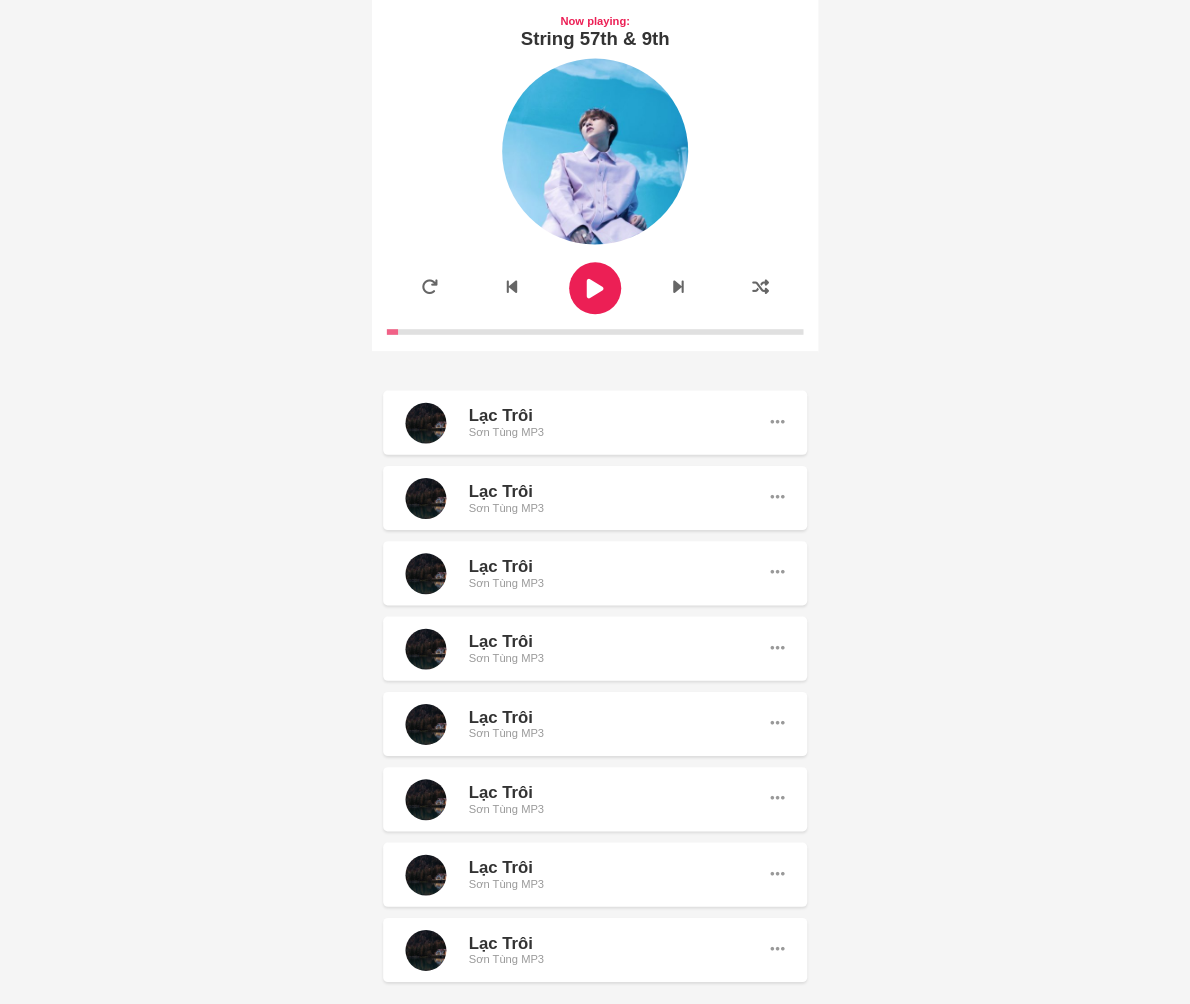
Repository: projectadmim/MyApp
Page: main.html
These files come from the project's save history. The page is drawn as it stood at one moment and after a run of saves; the edit follows.
The browser window is 1280 px wide. The pictures show the whole page, at 93% of full size.

Above is the page before, as saved 2023-10-11 20:23:15.

### main.html
<!DOCTYPE html>
<html lang="en">
<head>
    <meta charset="UTF-8">
    <meta name="viewport" content="width=device-width, initial-scale=1.0">
    <title>Zing_MP3</title>
    <link rel="stylesheet" href="./assets/css/style.css">
    <link rel="stylesheet" href="./assets/icon/fontawesome-free-6.4.2/css/all.css">
</head>
<body>
  <div class="player">
    <!-- Dashboard -->
    <div class="dashboard">
      <!-- Header -->
      <header>
        <h4>Now playing:</h4>
        <h2>String 57th & 9th</h2>
      </header>

      <!-- CD -->
      <div class="cd">
        <div class="cd-thumb" style="background-image: url('./assets/img/cd/cd.jpg');">

        </div>
      </div>

      <!-- Control -->
      <div class="control">
        <div class="btn btn-repeat">
          <i class="fas fa-redo"></i>
        </div>
        <div class="btn btn-prev">
          <i class="fas fa-step-backward"></i>
        </div>
        <div class="btn btn-toggle-play">
          <i class="fas fa-pause icon-pause"></i>
          <i class="fas fa-play icon-play"></i>
        </div>
        <div class="btn btn-next">
          <i class="fas fa-step-forward"></i>
        </div>
        <div class="btn btn-random">
          <i class="fas fa-random"></i>
        </div>
      </div>

      <input id="progress" class="progress" type="range" value="0" step="1" min="0" max="100">

      <audio id="audio" src=""></audio>
    </div>

    <!-- Playlist -->
    <div class="playlist">
    </div>
  </div>
    <script src="./text.js"></script>
</body>
</html>

### assets/css/style.css
:root {
  --primary-color: #ec1f55;
  --text-color: #333;
}

* {
  padding: 0;
  margin: 0;
  box-sizing: inherit;
}

body {
  background-color: #f5f5f5;
}

html {
  box-sizing: border-box;
  font-family: "Poppins", sans-serif;
}

.player {
  position: relative;
  max-width: 480px;
  margin: 0 auto;
}

.player .icon-pause {
  display: none;
}

.player.playing .icon-pause {
  display: inline-block;
}

.player.playing .icon-play {
  display: none;
}

.dashboard {
  padding: 16px 16px 14px;
  background-color: #fff;
  position: fixed;
  top: 0;
  width: 100%;
  max-width: 480px;
  border-bottom: 1px solid #ebebeb;
}

/* HEADER */
header {
  text-align: center;
  margin-bottom: 10px;
}

header h4 {
  color: var(--primary-color);
  font-size: 12px;
}

header h2 {
  color: var(--text-color);
  font-size: 20px;
}

/* CD */
.cd {
  display: flex;
  margin: auto;
  width: 200px;
}

.cd-thumb {
  width: 100%;
  padding-top: 100%;
  border-radius: 50%;
  background-color: #333;
  background-size: cover;
  margin: auto;
}

/* CONTROL */
.control {
  display: flex;
  align-items: center;
  justify-content: space-around;
  padding: 18px 0 8px 0;
}

.control .btn {
  color: #666;
  padding: 18px;
  font-size: 18px;
}

.control .btn.active {
  color: var(--primary-color);
}

.control .btn-toggle-play {
  width: 56px;
  height: 56px;
  border-radius: 50%;
  font-size: 24px;
  color: #fff;
  display: flex;
  align-items: center;
  justify-content: center;
  background-color: var(--primary-color);
}

.progress {
  width: 100%;
  -webkit-appearance: none;
  height: 6px;
  background: #d3d3d3;
  outline: none;
  opacity: 0.7;
  -webkit-transition: 0.2s;
  transition: opacity 0.2s;
}

.progress::-webkit-slider-thumb {
  -webkit-appearance: none;
  appearance: none;
  width: 12px;
  height: 6px;
  background-color: var(--primary-color);
  cursor: pointer;
}

/* PLAYLIST */
.playlist {
  margin-top: 408px;
  padding: 12px;
}

.song {
  display: flex;
  align-items: center;
  margin-bottom: 12px;
  background-color: #fff;
  padding: 8px 16px;
  border-radius: 5px;
  box-shadow: 0 2px 3px rgba(0, 0, 0, 0.1);
}

.song.active {
  background-color: var(--primary-color);
}

.song:active {
  opacity: 0.8;
}

.song.active .option,
.song.active .author,
.song.active .title {
  color: #fff;
}

.song .thumb {
  width: 44px;
  height: 44px;
  border-radius: 50%;
  background-size: cover;
  margin: 0 8px;
}

.song .body {
  flex: 1;
  padding: 0 16px;
}

.song .title {
  font-size: 18px;
  color: var(--text-color);
}

.song .author {
  font-size: 12px;
  color: #999;
}

.song .option {
  padding: 16px 8px;
  color: #999;
  font-size: 18px;
}

### text.js
const $=document.querySelector.bind(document);
const $$=document.querySelectorAll.bind(document);
const playlist=$(".playlist");
const app={
  currenindex:0,
     songs :[
        {
            name:"Lạc Trôi",
            singger:"Sơn Tùng MP3",
            path:"./assets/music/song1-Anh.mp3",
            image:'./assets/img/backimg.jpg'
        },
        {
            name:"Lạc Trôi",
            singger:"Sơn Tùng MP3",
            path:"./assets/music/song1-Anh.mp3",
            image:'./assets/img/backimg.jpg'
        },
        {
            name:"Lạc Trôi",
            singger:"Sơn Tùng MP3",
            path:"./assets/music/song1-Anh.mp3",
            image:'./assets/img/backimg.jpg'
        },
        {
          name:"Lạc Trôi",
          singger:"Sơn Tùng MP3",
          path:"./assets/music/song1-Anh.mp3",
          image:'./assets/img/backimg.jpg'
      },
      {
        name:"Lạc Trôi",
        singger:"Sơn Tùng MP3",
        path:"./assets/music/song1-Anh.mp3",
        image:'./assets/img/backimg.jpg'
    }
    ,
      {
        name:"Lạc Trôi",
        singger:"Sơn Tùng MP3",
        path:"./assets/music/song1-Anh.mp3",
        image:'./assets/img/backimg.jpg'
    }
    ,
      {
        name:"Lạc Trôi",
        singger:"Sơn Tùng MP3",
        path:"./assets/music/song1-Anh.mp3",
        image:'./assets/img/backimg.jpg'
    },
    {
      name:"Lạc Trôi",
      singger:"Sơn Tùng MP3",
      path:"./assets/music/song1-Anh.mp3",
      image:'./assets/img/backimg.jpg'
  }
     ],
     //render song
     render:function(){
        const htmls=this.songs.map(function(song){
            return `
            <div class="song">
              <div class="thumb" style="background-image: url('${song.image}')">
              </div>
              <div class="body">
                <h3 class="title">${song.name}</h3>
                <p class="author">${song.singger}</p>
              </div>
              <div class="option">
                <i class="fas fa-ellipsis-h"></i>
              </div>
            </div>
            `
        })
        // $('.playlist').innerHTML=htmls.join('');
        playlist.innerHTML=htmls.join('');
     },
     defineProperty:function(){
      Object.defineProperty(this,'crrentSongs',{
        get:function(){
          return this.songs[this.currenindex]
        }
      })
     },

     //xử lí sự kiện trong app zing
     handleEvent:function(){
      //scroll
      const cd=$('.cd')
      const cdWidth = cd.offsetWidth;
      document.onscroll = function () {
        const scrollTop = window.scrollY || document.documentElement.scrollTop;
        const newCdWidth = cdWidth - scrollTop;

        cd.style.width = newCdWidth > 0 ? newCdWidth + "px" : 0;
        cd.style.opacity = newCdWidth / cdWidth;
     }},
     loadcrrentSongs:function(){
      const heading=$('header h2');
      const cdthumb=$('.cd-thumb');
      const audio=$('#audio');
      console.log(heading,cdthumb,audio);
      heading.textco
     },
     stars:function(){
      //định nghĩa  các thuộc tihs trong oject
      this.defineProperty()
      //dom event
      this.handleEvent();
      //load bai dau tien
      this.loadcrrentSongs()
      //render playlist
        this.render();
     }
}
app.stars();

Loaded but not shown: assets/icon/fontawesome-free-6.4.2/css/all.css (library)

After the next 2 saves:
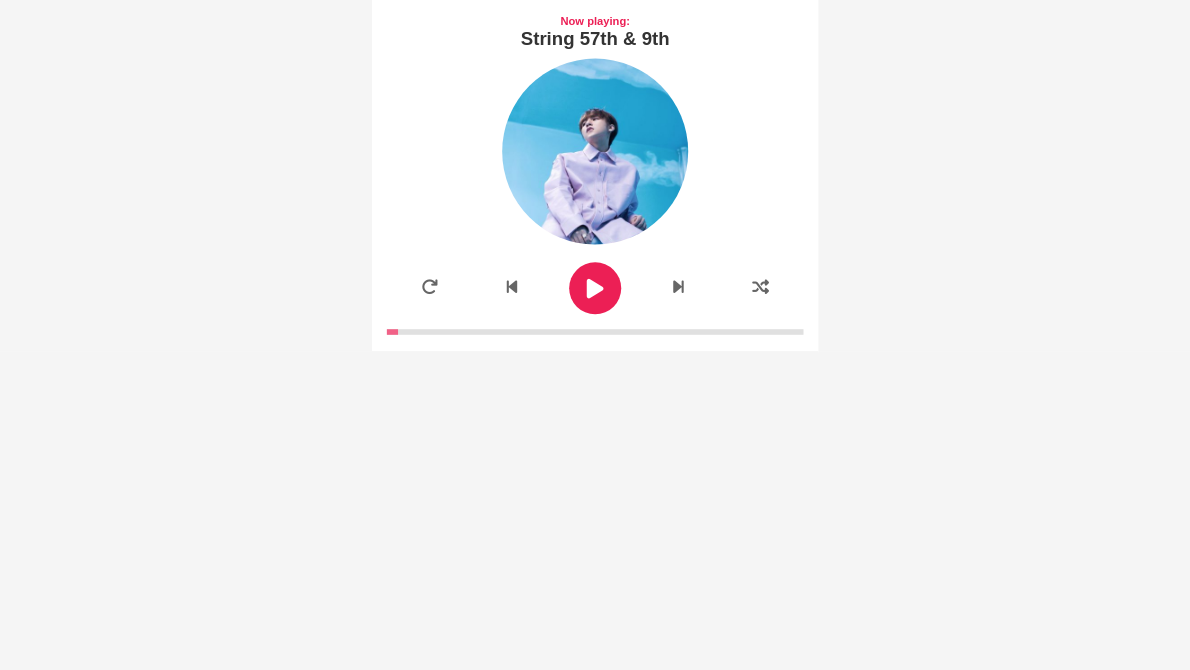
Console error: SyntaxError: Unexpected token '}'
The 2 saves are shown as one change because they came seconds apart.
The last was saved 7 s later.
--- a/text.js
+++ b/text.js
@@ -100,7 +100,7 @@
       const cdthumb=$('.cd-thumb');
       const audio=$('#audio');
       console.log(heading,cdthumb,audio);
-      heading.textco
+      heading.textconten=
      },
      stars:function(){
       //định nghĩa  các thuộc tihs trong oject

After the 5 saves that followed:
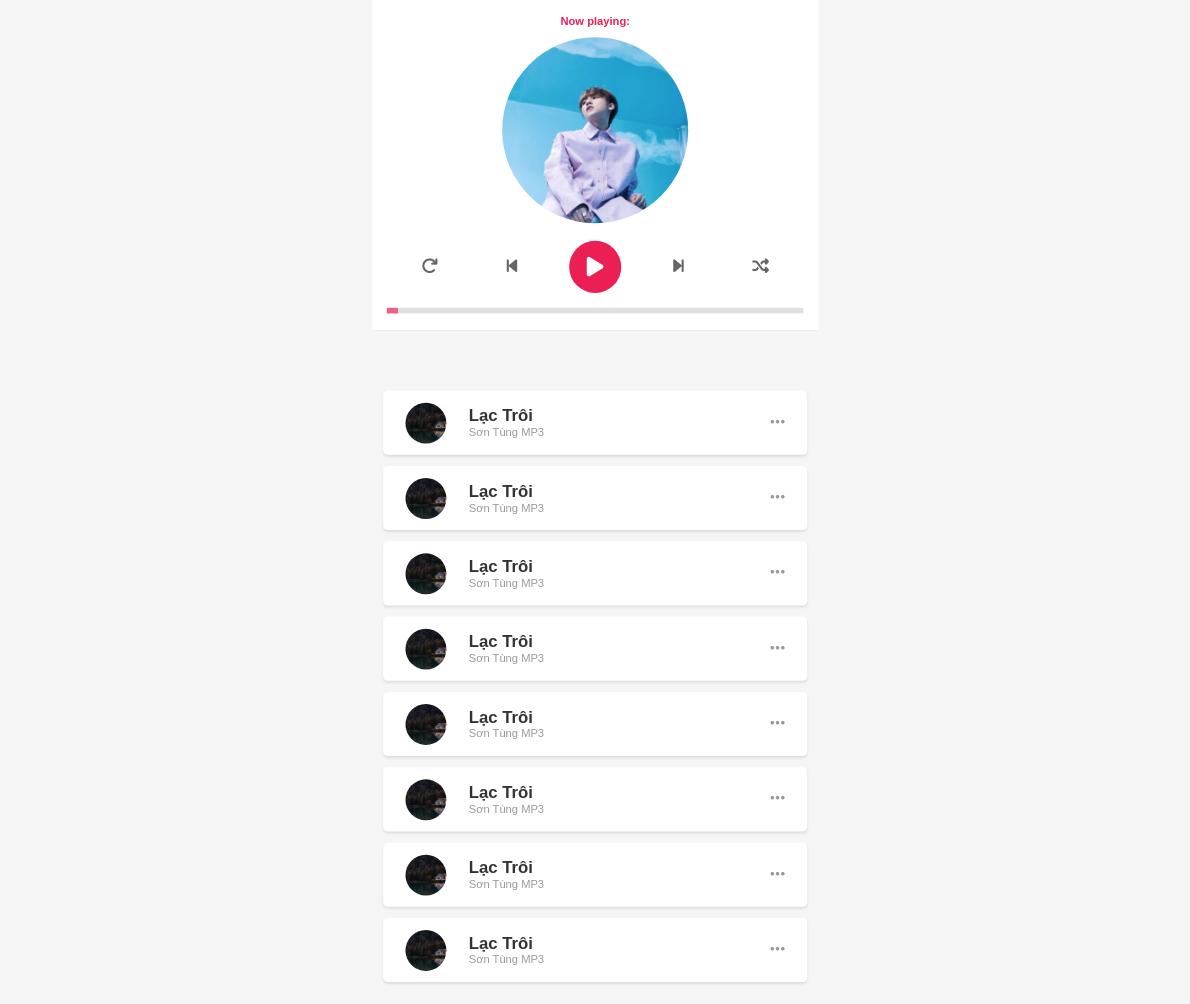
The error is gone.
The 5 saves are shown as one change because 1 left the picture as it was and some came seconds apart.
The last was saved 23 s later.
--- a/text.js
+++ b/text.js
@@ -100,7 +100,7 @@
       const cdthumb=$('.cd-thumb');
       const audio=$('#audio');
       console.log(heading,cdthumb,audio);
-      heading.textconten=
+      heading.textContent=this.c
      },
      stars:function(){
       //định nghĩa  các thuộc tihs trong oject
